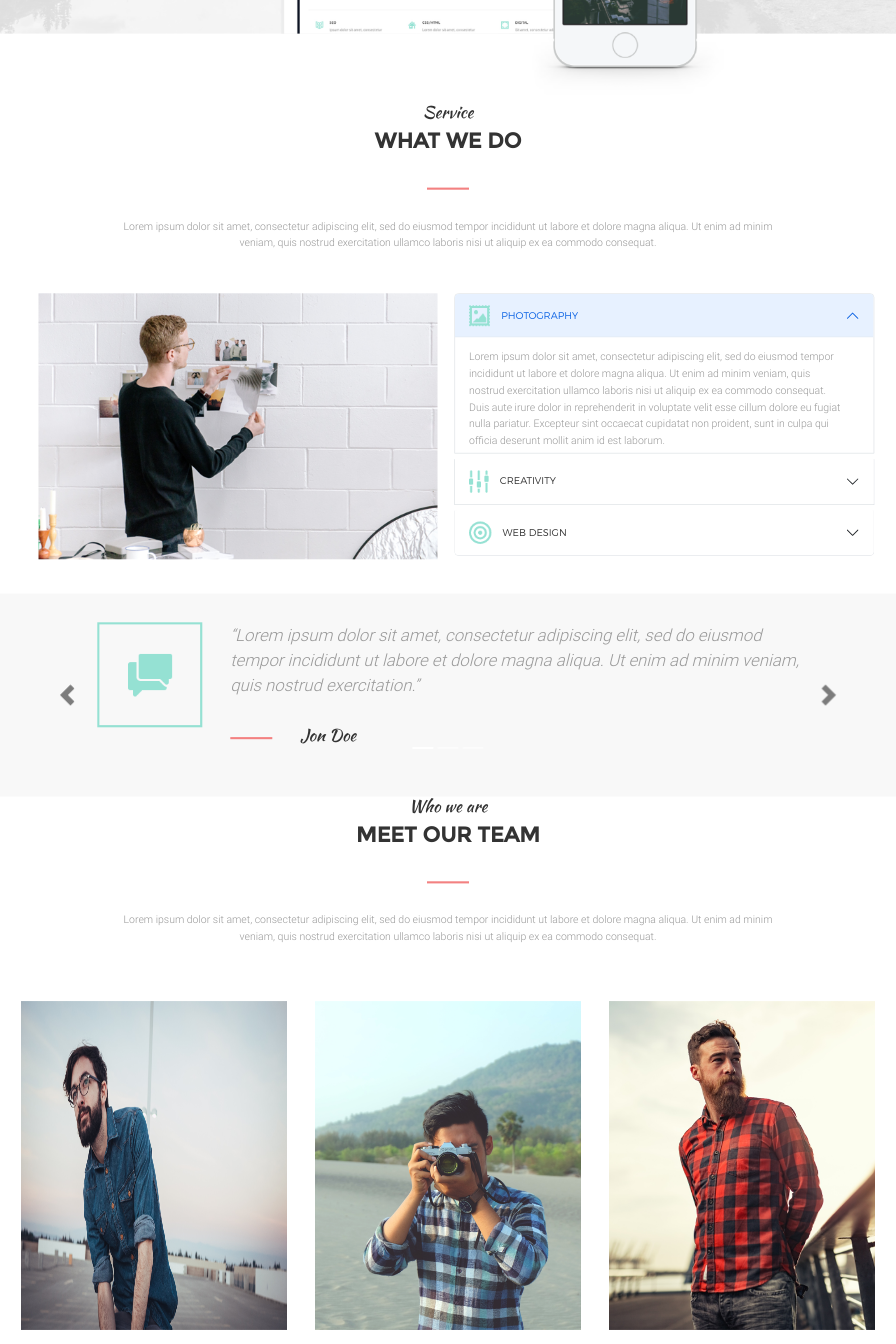
Repository: RaffiBarseghyan/mogo
Page: /
The author's editor kept a copy of each file at every save. The page is drawn from the files as they stood at one save, then again after a run of saves.
The browser window is 1280 px wide. The pictures show the part of the page from y = 3380 to 5300 px (the page is 5300 px tall), at 70% of full size.
The project was rebuilt for these pictures with package versions that can differ from the ones it lists, and the page was loaded fresh each time.

Above is the page before, as saved 2023-05-12 23:34:20.

### src/App.jsx
import "./App.css";
import "bootstrap/dist/css/bootstrap.min.css";
import "bootstrap/dist/js/bootstrap.bundle";
import Header from "./Pages/Header/header";
import AboutUs from "./Pages/AboutUs/aboutUs";
import WorkWith from "./Pages/WorkWith/workWith";
import AllDevice from "./Pages/AllDevice/allDevice";
import Service from "./Pages/ServicePage/service";
import WeAre from "./Pages/WeAre/weAre";

function App() {
  return (
    <div className="App">
      <Header />
      <AboutUs />
      <WorkWith />
      <AllDevice />
      <Service />
      <WeAre />
    </div>
  );
}

export default App;

### src/Pages/AboutUs/aboutUs.jsx
import style from "./aboutUs.module.scss";
import aboutUs1 from "../../Assets/Images/aboutUs1.png";
import aboutUs2 from "../../Assets/Images/aboutUs2.png";
import aboutUs3 from "../../Assets/Images/aboutUs3.png";
import user from "../../Assets/Images/USERS.png";

function AboutUs() {
  return (
    <>
      <div className={style.aboutUs}>
        <h3>What we do</h3>
        <h2>Story about us</h2>
        <div className={style.line}></div>
        <p>
          Lorem ipsum dolor sit amet, consectetur adipiscing elit, sed do
          eiusmod tempor incididunt ut labore et dolore magna aliqua. Ut enim ad
          minim <br />
          veniam, quis nostrud exercitation ullamco laboris nisi ut aliquip ex
          ea commodo consequat.
        </p>
        <div className="d-flex justify-content-center flex-wrap ">
          <div className={style.imgDiv}>
            <img src={user} alt="" className={style.user} />
            <p>SUPER TEAM</p>
            <img src={aboutUs1} alt="" className={style.aboutImg} />
          </div>
          <div className={style.imgDiv}>
            <img src={user} alt="" className={style.user} />
            <p>SUPER TEAM</p>
            <img src={aboutUs2} alt="" className={style.aboutImg} />
          </div>
          <div className={style.imgDiv}>
            <img src={user} alt="" className={style.user} />
            <p>SUPER TEAM</p>
            <img src={aboutUs3} alt="" className={style.aboutImg} />
          </div>
        </div>
      </div>

      <div
        className={`${style.aboutUsFooter} d-flex justify-content-center align-items-center flex-wrap`}
      >
        <div className={style.first_line}>
          <h2>42</h2>
          <p>Web Design Projects</p>
        </div>
        <div>
          <h2>123</h2>
          <p>happy client</p>
        </div>
        <div>
          <h2>15</h2>
          <p>award winner</p>
        </div>
        <div>
          <h2>99</h2>
          <p>cup of coffee</p>
        </div>
        <div>
          <h2>24</h2>
          <p>members</p>
        </div>
      </div>
    </>
  );
}

export default AboutUs;

### src/Pages/WorkWith/workWith.jsx
import style from "./workWith.module.scss";
import ALARM from "../../Assets/Images/ALARM.png";
import LINEGRAPH from "../../Assets/Images/LINEGRAPH.png";
import COMPUTER_OK from "../../Assets/Images/COMPUTER_OK.png";
import BOOK from "../../Assets/Images/BOOK.png";
import HOME from "../../Assets/Images/HOME.png";
import IMAGE from "../../Assets/Images/IMAGE.png";

function WorkWith() {
  return (
    <>
      <div className={style.workWith}>
        <h3>We work with</h3>
        <h2>Amazing Services</h2>
        <div className={style.line}></div>

        <div
          className={`${style.workWithFooter} d-flex flex-wrap justify-content-center container`}
        >
          <div className={`d-flex ${style.box1}`}>
            <div>
              <img src={ALARM} alt="" />
            </div>
            <div>
              <h2>Photography</h2>
              <p>
                Lorem ipsum dolor sit amet, consectetur <br />
                adipiscing elit, sed do eiusmod tempor.
              </p>
            </div>
          </div>
          <div className={`d-flex ${style.box2}`}>
            <div>
              <img src={LINEGRAPH} alt="" />
            </div>
            <div>
              <h2>Web Design</h2>
              <p>
                Ipsum dolor sit amet, consectetur <br />
                adipiscing elit, sed do eiusmod tempor.
              </p>
            </div>
          </div>
          <div className={`d-flex ${style.box3}`}>
            <div>
              <img src={COMPUTER_OK} alt="" />
            </div>
            <div>
              <h2>Creativity</h2>
              <p>
                Dolor sit amet, consectetur adipiscing elit, <br />
                sed do eiusmod tempor.
              </p>
            </div>
          </div>
          <div className={`d-flex ${style.box4}`}>
            <div>
              <img src={BOOK} alt="" />
            </div>
            <div>
              <h2>seo</h2>
              <p>
                Ipsum dolor sit amet, consectetur <br />
                adipiscing elit, sed do eiusmod.
              </p>
            </div>
          </div>
          <div className={`d-flex ${style.box5}`}>
            <div>
              <img src={HOME} alt="" />
            </div>
            <div>
              <h2>Css/Html</h2>
              <p>
                Lorem dolor sit amet, consectetur <br />
                adipiscing elit, sed do tempor.
              </p>
            </div>
          </div>
          <div className={`d-flex ${style.box6}`}>
            <div>
              <img src={IMAGE} alt="" />
            </div>
            <div>
              <h2>digital</h2>
              <p>
                Sit amet, consectetur adipiscing elit, sed do <br />
                eiusmod tempor.
              </p>
            </div>
          </div>
        </div>
      </div>
    </>
  );
}

export default WorkWith;

### src/Pages/AllDevice/allDevice.jsx
import style from "./allDevice.module.scss";
import ipad from "../../Assets/Images/ipad.png";
import iphone from "../../Assets/Images/iphone.png";

function AllDevice() {
  return (
    <>
      <div className={`${style.allDevice}`}>
        <div className={style.allDeviceBg}>
          <h3>For all devices</h3>
          <h2>Unique design</h2>
          <div className={style.line}></div>
          <img src={ipad} alt="" className={style.ipad}/>
          <img src={iphone} alt="" className={style.iphone} />
        </div>
      </div>
    </>
  );
}

export default AllDevice;

### src/Pages/WeAre/weAre.jsx
import style from "./weAre.module.scss";
import admin1 from "../../Assets/Images/admin1.png";
import admin2 from "../../Assets/Images/admin2.png";
import admin3 from "../../Assets/Images/admin3.png";
import { ImFacebook } from 'react-icons/im';


function WeAre() {
  return (
    <>
      <div className={`${style.WeAre}`}>
        <h3>Who we are</h3>
        <h2>Meet our team</h2>
        <div className={style.line}></div>
        <p>
          Lorem ipsum dolor sit amet, consectetur adipiscing elit, sed do
          eiusmod tempor incididunt ut labore et dolore magna aliqua. Ut enim ad
          minim <br />
          veniam, quis nostrud exercitation ullamco laboris nisi ut aliquip ex
          ea commodo consequat.
        </p>

        <div className="d-flex justify-content-center flex-wrap ">
          <div className={style.imgDiv}>
            {/* <img src={user} alt="" className={style.user} /> */}
            <div>
              {/* <img src={user} alt="" className={style.user} /> */}
              {/* <img src={user} alt="" className={style.user} /> */}
              {/* <img src={user} alt="" className={style.user} /> */}
              {/* <img src={user} alt="" className={style.user} /> */}
            </div>
            <img src={admin1} alt="" className={style.aboutImg1} />
          </div>
          <div className={style.imgDiv}>
            {/* <img src={user} alt="" className={style.user} /> */}
            <p>SUPER TEAM</p>
            <img src={admin2} alt="" className={style.aboutImg} />
          </div>
          <div className={style.imgDiv}>
            {/* <img src={user} alt="" className={style.user} /> */}
            <p>SUPER TEAM</p>
            <img src={admin3} alt="" className={style.aboutImg} />
          </div>
        </div>
      </div>
    </>
  );
}

export default WeAre;

### src/Pages/AboutUs/aboutUs.module.scss
@font-face {
  font-family: Montserrat;
  src: url("../../Assets/Fonts/montserrat/Montserrat-Light.otf")
    format("truetype");
}

@font-face {
  font-family: Montserrat_mid;
  src: url("../../Assets/Fonts/montserrat/Montserrat-Regular.ttf")
    format("truetype");
}

@font-face {
  font-family: Montserrat_bold;
  src: url("../../Assets/Fonts/montserrat/Montserrat-ExtraBold.otf")
    format("truetype");
}

@font-face {
  font-family: kaushan;
  src: url("../../Assets/Fonts/kaushan-script/kaushan-script.kaushanscript-regular.otf")
    format("truetype");
}

@font-face {
  font-family: Roboto;
  src: url("../../Assets/Fonts/robotofont/Roboto-Light.ttf") format("truetype");
}

.aboutUs {
  min-height: 750px;
  display: flex;
  flex-direction: column;
  align-items: center;
  justify-content: center;
  h3 {
    font-size: 24px;
    color: #333333;
    font-weight: 400;
    font-family: "kaushan";
    text-align: center;
  }
  h2 {
    font-size: 30px;
    text-transform: uppercase;
    color: #333333;
    font-weight: 700;
    font-family: "Montserrat_mid";
    text-align: center;
  }
  p {
    font-size: 15px;
    line-height: 24px;
    color: #999999;
    font-weight: 400;
    font-family: "Roboto";
    text-align: center;
    margin-bottom: 60px;
  }
  .line {
    width: 60px;
    height: 3px;
    background-color: #f38181;
    margin: 40px;
  }
  img {
    width: 380px;
    height: 250px;
    aspect-ratio: 3/2;
    object-fit: cover;
  }

  .imgDiv {
    width: 380px;
    height: 250px;
    margin: 20px;
    transition: 0.5s;
    display: flex;
    flex-direction: column;
    justify-content: center;
    align-items: center;
    p {
      font-size: 18px;
      text-transform: uppercase;
      color: #ffffff;
      font-weight: 700;
      font-family: "Montserrat";
      text-align: center;
      display: none;
      position: absolute;
      margin-top: 80px;
    }
    .user {
      width: 32px;
      height: 23px;
      display: none;
      position: absolute;
      margin-bottom: 30px;
    }
  }

  .imgDiv:hover {
    transition: 0.5s;
    box-shadow: 10px 10px 0px 0px rgba(149, 225, 211, 1);
    -webkit-box-shadow: 10px 10px 0px 0px rgba(149, 225, 211, 1);
    -moz-box-shadow: 10px 10px 0px 0px rgba(149, 225, 211, 1);
    cursor: pointer;
    p,
    .user {
      display: block;
    }
    background: rgb(226, 204, 123);
    background: linear-gradient(
      0deg,
      rgba(226, 204, 123, 1) 0%,
      rgba(219, 116, 116, 1) 53%
    );

    .aboutImg {
      opacity: 0.2;
    }
  }
}

.aboutUsFooter {
  min-height: 270px;
  background-color: #95e1d3;
  h2 {
    font-size: 72px;
    text-transform: uppercase;
    color: #ffffff;
    font-weight: 700;
    font-family: "Montserrat_bold";
    text-align: center;
  }
  p {
    font-size: 14px;
    text-transform: uppercase;
    color: #ffffff;
    font-weight: 400;
    font-family: "Montserrat";
    text-align: center;
  }
  div {
    width: 240px;
    height: 270px;
    border-right: 1px solid #ffffff;
    border-left: 1px solid #ffffff;

    display: flex;
    flex-direction: column;
    justify-content: center;
  }
}

### src/Pages/WorkWith/workWith.module.scss
@font-face {
  font-family: Montserrat;
  src: url("../../Assets/Fonts/montserrat/Montserrat-Light.otf")
    format("truetype");
}

@font-face {
  font-family: Montserrat_mid;
  src: url("../../Assets/Fonts/montserrat/Montserrat-Regular.ttf")
    format("truetype");
}

@font-face {
  font-family: Montserrat_bold;
  src: url("../../Assets/Fonts/montserrat/Montserrat-ExtraBold.otf")
    format("truetype");
}

@font-face {
  font-family: kaushan;
  src: url("../../Assets/Fonts/kaushan-script/kaushan-script.kaushanscript-regular.otf")
    format("truetype");
}

.workWith {
  min-height: 750px;
  display: flex;
  flex-direction: column;
  align-items: center;
  justify-content: center;
  h3 {
    font-size: 24px;
    color: #333333;
    font-weight: 400;
    font-family: "kaushan";
    text-align: center;
  }
  h2 {
    font-size: 30px;
    text-transform: uppercase;
    color: #333333;
    font-weight: 700;
    font-family: "Montserrat_mid";
    text-align: center;
  }
  .line {
    width: 60px;
    height: 3px;
    background-color: #f38181;
    margin: 40px;
  }
}

.workWithFooter {
  > div {
    width: 400px;
    margin-top: 90px;
  }
  h2 {
    font-size: 14px;
    text-transform: uppercase;
    color: #333333;
    font-weight: 400;
    font-family: "Montserrat";
    text-align: start;
  }
  p {
    font-size: 15px;
    line-height: 24px;
    color: #999999;
    font-weight: 400;
    font-family: "Roboto";
    text-align: start;
  }
  img {
    margin-right: 30px;
  }
}

.box1,
.box2,
.box3 {
  border-bottom: 1px solid #e5e5e5;
}

@media only screen and (max-width: 1399.2px) {
  .box1,
  .box2,
  .box3,
  .box4 {
    border-bottom: 1px solid #e5e5e5;
  }
}

@media only screen and (max-width: 991.2px) {
  .box1,
  .box2,
  .box3,
  .box4,
  .box5 {
    border-bottom: 1px solid #e5e5e5;
  }
}

### src/Pages/AllDevice/allDevice.module.scss
@font-face {
  font-family: Montserrat;
  src: url("../../Assets/Fonts/montserrat/Montserrat-Light.otf")
    format("truetype");
}

@font-face {
  font-family: Montserrat_mid;
  src: url("../../Assets/Fonts/montserrat/Montserrat-Regular.ttf")
    format("truetype");
}

@font-face {
  font-family: Montserrat_bold;
  src: url("../../Assets/Fonts/montserrat/Montserrat-ExtraBold.otf")
    format("truetype");
}

@font-face {
  font-family: kaushan;
  src: url("../../Assets/Fonts/kaushan-script/kaushan-script.kaushanscript-regular.otf")
    format("truetype");
}

.allDevice {
  min-height: 900px;

  h3 {
    font-size: 24px;
    color: #333333;
    font-weight: 400;
    font-family: "kaushan";
    text-align: center;
  }
  h2 {
    font-size: 30px;
    text-transform: uppercase;
    color: #333333;
    font-weight: 700;
    font-family: "Montserrat_mid";
    text-align: center;
  }
  .line {
    width: 60px;
    height: 3px;
    background-color: #f38181;
    margin: 40px;
  }
  .allDeviceBg {
    width: 100%;
    min-height: 850px;
    background-image: url("../../Assets/Images/allDeviceBg.png");
    background-position: center;
    background-size: cover;
    background-repeat: no-repeat;

    display: flex;
    flex-direction: column;
    align-items: center;
    justify-content: center;
  }
}

.ipad {
  position: absolute;
  margin-top: 268px;
}

.iphone {
  position: relative;
  top: 194px;
  left: 257px;
}

@media only screen and (max-width: 992.2px) {
  .ipad {
    width: 378px;
    height: 480px;
    margin-top: 370px;
  }
  .iphone {
    width: 200px;
    height: 360px;
    top: 225px;
    left: 217px;
  }
}

@media only screen and (max-width: 650.2px) {
  .ipad {
    width: 290px;
    height: 380px;
    margin-top: 470px;
  }
  .iphone {
    width: 165px;
    height: 290px;
    top: 250px;
    left: 159px;
  }
}

### src/Pages/ServicePage/service.module.scss
@font-face {
  font-family: Montserrat;
  src: url("../../Assets/Fonts/montserrat/Montserrat-Light.otf")
    format("truetype");
}

@font-face {
  font-family: Montserrat_mid;
  src: url("../../Assets/Fonts/montserrat/Montserrat-Regular.ttf")
    format("truetype");
}

@font-face {
  font-family: Montserrat_bold;
  src: url("../../Assets/Fonts/montserrat/Montserrat-ExtraBold.otf")
    format("truetype");
}

@font-face {
  font-family: kaushan;
  src: url("../../Assets/Fonts/kaushan-script/kaushan-script.kaushanscript-regular.otf")
    format("truetype");
}
@font-face {
  font-family: Roboto;
  src: url("../../Assets/Fonts/robotofont/Roboto-Light.ttf") format("truetype");
}

.Service {
  min-height: 750px;
  display: flex;
  flex-direction: column;
  align-items: center;
  justify-content: center;
  h3 {
    font-size: 24px;
    color: #333333;
    font-weight: 400;
    font-family: "kaushan";
    text-align: center;
  }
  h2 {
    font-size: 30px;
    text-transform: uppercase;
    color: #333333;
    font-weight: 700;
    font-family: "Montserrat_mid";
    text-align: center;
  }
  p {
    font-size: 15px;
    line-height: 24px;
    color: #999999;
    font-weight: 400;
    font-family: "Roboto";
    text-align: center;
    margin-bottom: 60px;
  }
}
.line {
  width: 60px;
  height: 3px;
  background-color: #f38181;
  margin: 40px;
}
.acordeon {
  width: 600px;
  height: 380px;
  button {
    font-size: 14px;
    text-transform: uppercase;
    color: #333333;
    font-weight: 400;
    font-family: "Montserrat";
  }
  .acordeonBody {
    width: 590px;
    height: 165px;
    font-size: 15px;
    line-height: 24px;
    color: #999999;
    font-weight: 300;
    font-family: "Roboto";
    text-align: start;
    overflow: auto;
  }
  ::-webkit-scrollbar {
    width: 5px;
  }

  /* Track */
  ::-webkit-scrollbar-track {
    box-shadow: inset 0 0 5px #f5f5f5;
    border-radius: 10px;
  }

  /* Handle */
  ::-webkit-scrollbar-thumb {
    background-color: #95e1d3;
    border-radius: 10px;
  }

  /* Handle on hover */
  ::-webkit-scrollbar-thumb:hover {
    background-color: #7fc0b4;
  }
}

.serviceFooter {
  min-height: 290px;
  background-color: #f8f8f8;
  display: flex;
  align-items: center;
  justify-content: center;
  > div {
    width: 1300px;
  }
  p {
    font-size: 24px;
    line-height: 36px;
    color: #999999;
    font-weight: 300;
    font-style: italic;
    font-family: "Roboto";
    text-align: start;
    margin-left: 40px;
  }
  h2 {
    font-size: 24px;
    color: #333333;
    font-weight: 400;
    font-family: "kaushan";
  }
}

.prev {
  width: 30px;
  height: 30px;
  background-image: url("data:[embedded picture, 192 characters]");
}

.next {
  width: 30px;
  height: 30px;
  background-image: url("data:[embedded picture, 193 characters]");
}

@media only screen and (max-width: 650.2px) {
  .acordeon {
    width: 480px;
    margin-top: 20px;
  }
  .acordeonBody {
    max-width: 470px;
  }
  .Service > div > img {
    width: 459px;
    height: 300px;
  }
  .serviceFooter{
    img{
        display: none;
    }
  }
}

### src/Pages/WeAre/weAre.module.scss
@font-face {
  font-family: Montserrat;
  src: url("../../Assets/Fonts/montserrat/Montserrat-Light.otf")
    format("truetype");
}

@font-face {
  font-family: Montserrat_mid;
  src: url("../../Assets/Fonts/montserrat/Montserrat-Regular.ttf")
    format("truetype");
}

@font-face {
  font-family: Montserrat_bold;
  src: url("../../Assets/Fonts/montserrat/Montserrat-ExtraBold.otf")
    format("truetype");
}

@font-face {
  font-family: kaushan;
  src: url("../../Assets/Fonts/kaushan-script/kaushan-script.kaushanscript-regular.otf")
    format("truetype");
}
@font-face {
  font-family: Roboto;
  src: url("../../Assets/Fonts/robotofont/Roboto-Light.ttf") format("truetype");
}

.WeAre {
  min-height: 750px;
  display: flex;
  flex-direction: column;
  align-items: center;
  justify-content: center;
  h3 {
    font-size: 24px;
    color: #333333;
    font-weight: 400;
    font-family: "kaushan";
    text-align: center;
  }
  h2 {
    font-size: 30px;
    text-transform: uppercase;
    color: #333333;
    font-weight: 700;
    font-family: "Montserrat_mid";
    text-align: center;
  }
  p {
    font-size: 15px;
    line-height: 24px;
    color: #999999;
    font-weight: 400;
    font-family: "Roboto";
    text-align: center;
    margin-bottom: 60px;
  }
  img {
    width: 380px;
    height: 470px;
    object-fit: cover;
  }
}
.line {
  width: 60px;
  height: 3px;
  background-color: #f38181;
  margin: 40px;
}

.imgDiv {
  width: 380px;
  height: 470px;
  margin: 20px;
  transition: 0.5s;
  display: flex;
  flex-direction: column;
  justify-content: center;
  align-items: center;
  p {
    font-size: 18px;
    text-transform: uppercase;
    color: #ffffff;
    font-weight: 700;
    font-family: "Montserrat";
    text-align: center;
    display: none;
    position: absolute;
    margin-top: 80px;
  }
  .user {
    width: 32px;
    height: 23px;
    display: none;
    position: absolute;
    margin-bottom: 30px;
  }
}

.aboutImg1 {
  object-fit: unset !important;
}

.imgDiv:hover {
  transition: 0.5s;
  box-shadow: 10px 10px 0px 0px rgba(149, 225, 211, 1);
  -webkit-box-shadow: 10px 10px 0px 0px rgba(149, 225, 211, 1);
  -moz-box-shadow: 10px 10px 0px 0px rgba(149, 225, 211, 1);
  cursor: pointer;
  p,
  .user {
    display: block;
  }
  background: rgb(226, 204, 123);
  background: linear-gradient(
    0deg,
    rgba(226, 204, 123, 1) 0%,
    rgba(219, 116, 116, 1) 53%
  );

  .aboutImg,
  .aboutImg1 {
    opacity: 0.2;
  }
}

Loaded but not shown: public/index.html (common file); src/index.js (common file); src/index.css (common file); src/reportWebVitals.js (common file); src/App.css (common file); src/Pages/ServicePage/service.jsx (248 lines, source omitted); src/Pages/Header/header.module.scss (204 lines, source omitted); src/Pages/Header/header.jsx (96 lines, source omitted)

After the next 2 saves:
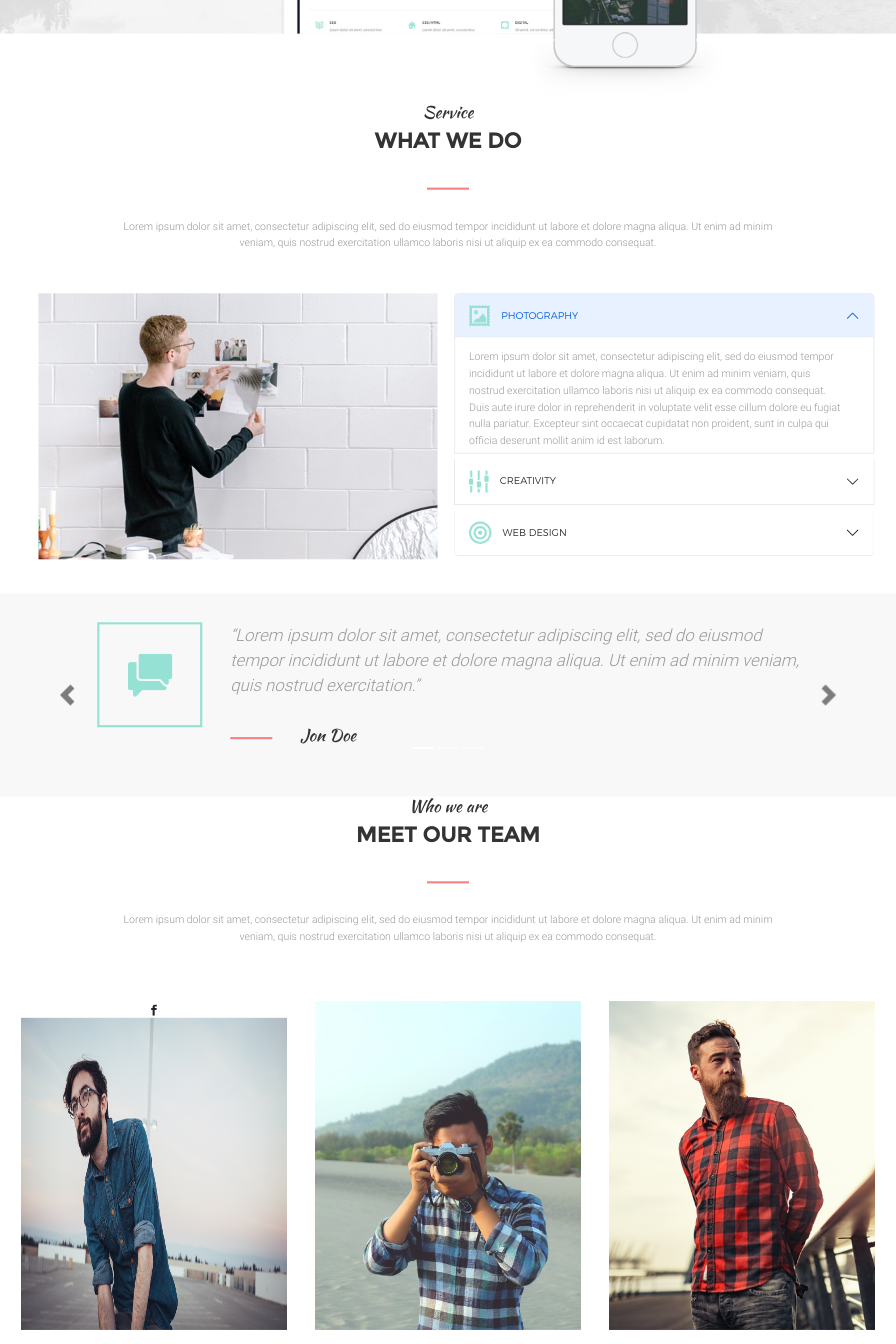
The 2 saves are shown as one change because 1 did not build or start.
The last was saved 75 s later.
--- a/src/Pages/WeAre/weAre.jsx
+++ b/src/Pages/WeAre/weAre.jsx
@@ -24,6 +24,7 @@ function WeAre() {
           <div className={style.imgDiv}>
             {/* <img src={user} alt="" className={style.user} /> */}
             <div>
+            <ImFacebook />
               {/* <img src={user} alt="" className={style.user} /> */}
               {/* <img src={user} alt="" className={style.user} /> */}
               {/* <img src={user} alt="" className={style.user} /> */}
